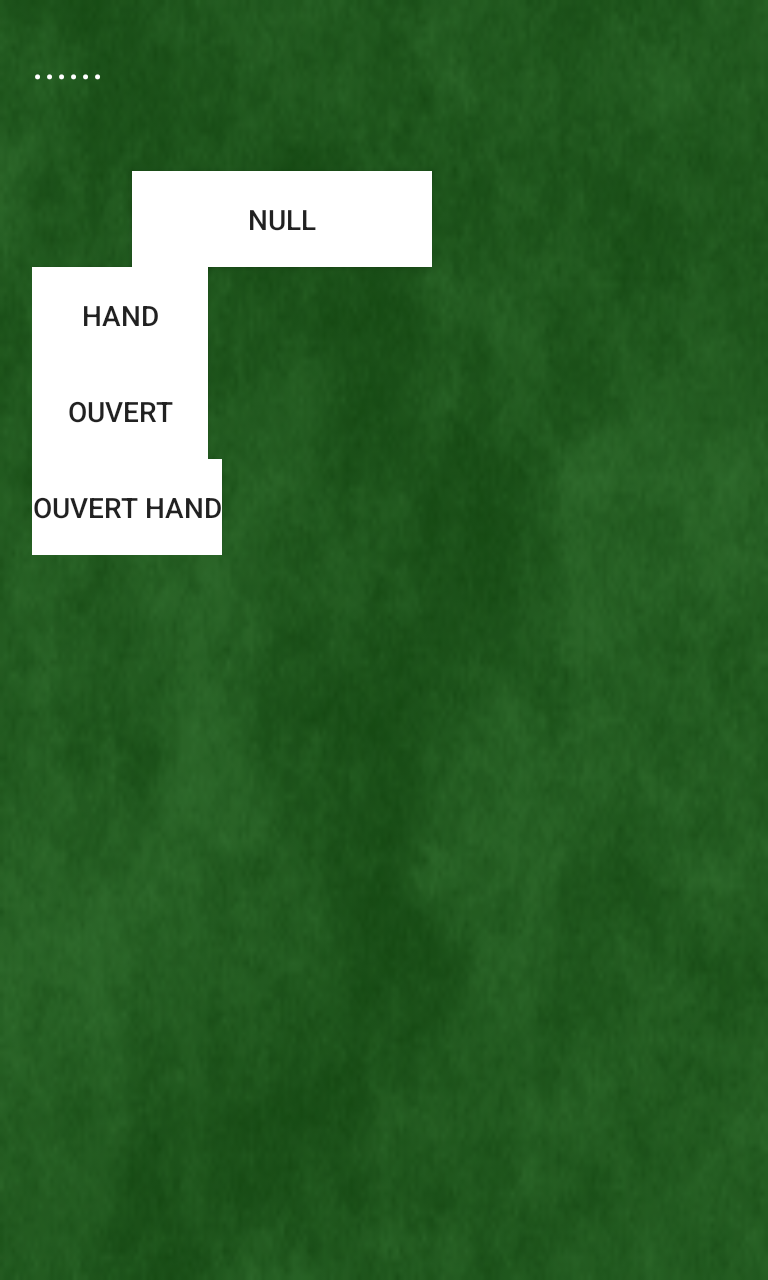
Repository: razinanu/InSy-Skat
Layout: InSy-Skat/res/layout/fragment_null_s.xml
An editor plug-in stored every save of this project. The layout is shown before and after the next save, followed by the edit.
It is drawn on a 768 x 1280 px phone screen (xhdpi) without system bars, with theme AppThemeWithoutActionBarTitle; the app's code is not run.

Above is the layout before, as saved 2014-06-21 19:07:40.

### InSy-Skat/res/layout/fragment_null_s.xml
<ScrollView xmlns:android="http://schemas.android.com/apk/res/android"
    xmlns:tools="http://schemas.android.com/tools"
    android:layout_width="match_parent"
    android:layout_height="match_parent"
    android:paddingBottom="@dimen/activity_vertical_margin"
    android:paddingLeft="@dimen/activity_horizontal_margin"
    android:paddingRight="@dimen/activity_horizontal_margin"
    android:paddingTop="@dimen/activity_vertical_margin"
    android:background="@drawable/hintergrundapp"
    tools:context="com.example.insy_skat.NullSPActivity$PlaceholderFragment" >


        <LinearLayout
            android:layout_width="match_parent"
            android:layout_height="wrap_content"
            android:orientation="vertical" >

            <TextView
                android:id="@+id/bubenAuswahlText"
                android:layout_width="wrap_content"
                android:layout_height="wrap_content"
                android:text="@string/nullspiel"
                android:textAppearance="?android:attr/textAppearanceLarge"
                android:textColor="#ffffff" />

            <Button
                android:id="@+id/nullsp"
                android:layout_width="150dp"
                android:layout_height="wrap_content"
                android:text="@string/nullString"
                android:gravity="center"
                android:layout_marginTop="40dp"
                android:layout_marginLeft="50dp"
                android:background="#ffffff" />

             <Button
                 android:id="@+id/nullH"
                 android:layout_width="wrap_content"
                 android:layout_height="wrap_content"
                 android:text="@string/nullH"
                 android:background="#ffffff" />

             <Button
                 android:id="@+id/nullou"
                 android:layout_width="wrap_content"
                 android:layout_height="wrap_content"
                 android:text="@string/nullou"
                 android:background="#ffffff" />

             <Button
                 android:id="@+id/nullouH"
                 android:layout_width="wrap_content"
                 android:layout_height="wrap_content"
                 android:text="@string/nullouH"
                 android:background="#ffffff" />

        </LinearLayout>


</ScrollView>

### InSy-Skat/res/values/strings.xml
<?xml version="1.0" encoding="utf-8"?>
<resources>

    <string name="app_name">Reizassistent</string>
    <string name="action_settings">Settings</string>
    <string name="zurueck">Zurück</string>
    <string name="weiter">Weiter</string>
    <string name="menue">Menü</string>
    <string name="abbrechen">Beenden</string>
    <string name="farbspielGrand">Farbspiel/Grand</string>
    <string name="nullString">Null</string>
    <string name="grand">Grand</string>
    <string name="reizassistent">Reizassistent</string>
    <string name="bubenAuswaehlen">Buben Auswählen</string>
    <string name="farbenAuswahl">Farben Auswählen</string>
    <string name="reizenTabelle">Reiztabelle</string>
    <string name="title_activity_selected_soldiers">SelectedSoldiers</string>
    <string name="title_activity_farben_auswahl">FarbenAuswahl</string>
    <string name="title_activity_result">ResultActivity</string>
    <string name="info_title">Zusätzliche Informationen</string>
    <string name="home_title">Hauptmenü</string>
    <string name="title_activity_null_sp">NullSPActivity</string>
    <string name="nullspiel">......</string>
     <string name="nullH">Hand</string>
     <string name="nullou">Ouvert</string>
     <string name="nullouH">Ouvert Hand</string>

</resources>

Loaded but not shown: InSy-Skat/res/values-v11/styles.xml (common file); InSy-Skat/res/values/styles.xml (common file); InSy-Skat/res/values-v14/styles.xml (common file); InSy-Skat/res/values/dimens.xml (common file); InSy-Skat/res/values-w820dp/dimens.xml (common file)

After the next save:
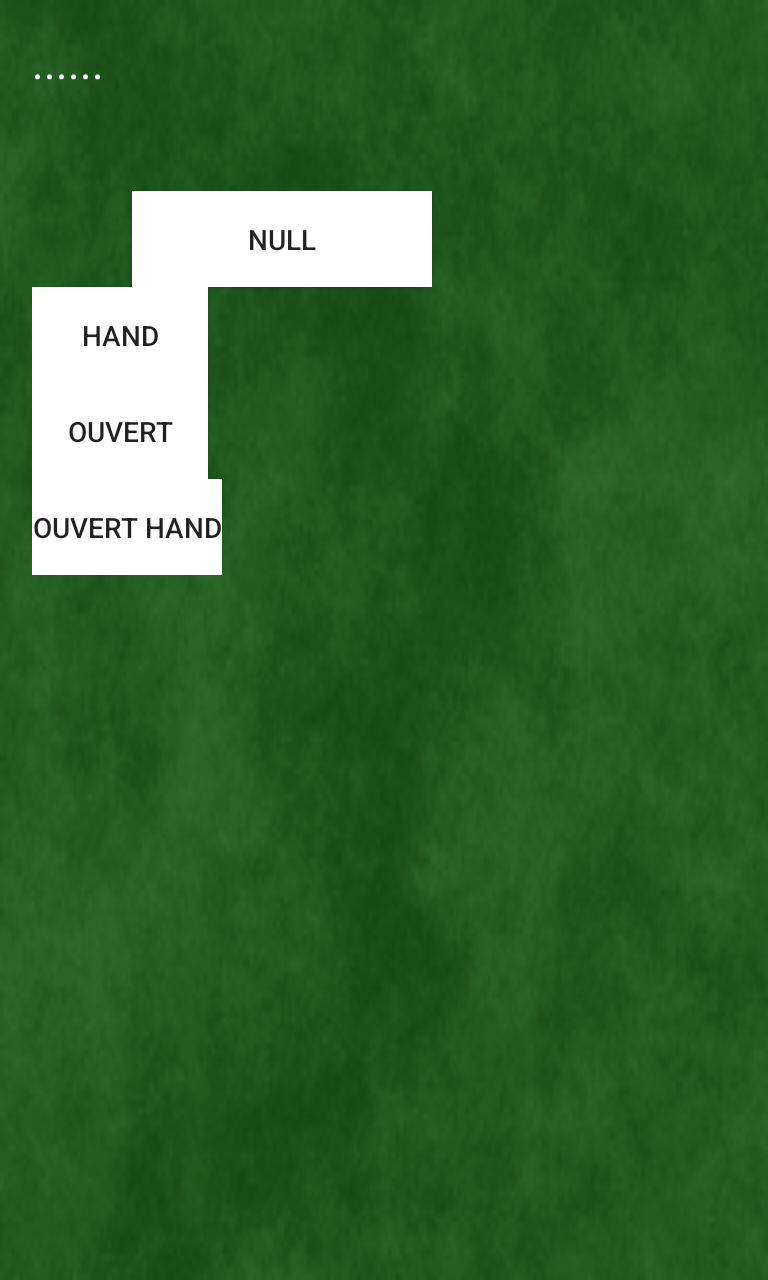
Saved 7 s later.
--- a/InSy-Skat/res/layout/fragment_null_s.xml
+++ b/InSy-Skat/res/layout/fragment_null_s.xml
@@ -29,7 +29,7 @@
                 android:layout_height="wrap_content"
                 android:text="@string/nullString"
                 android:gravity="center"
-                android:layout_marginTop="40dp"
+                android:layout_marginTop="50dp"
                 android:layout_marginLeft="50dp"
                 android:background="#ffffff" />
 
